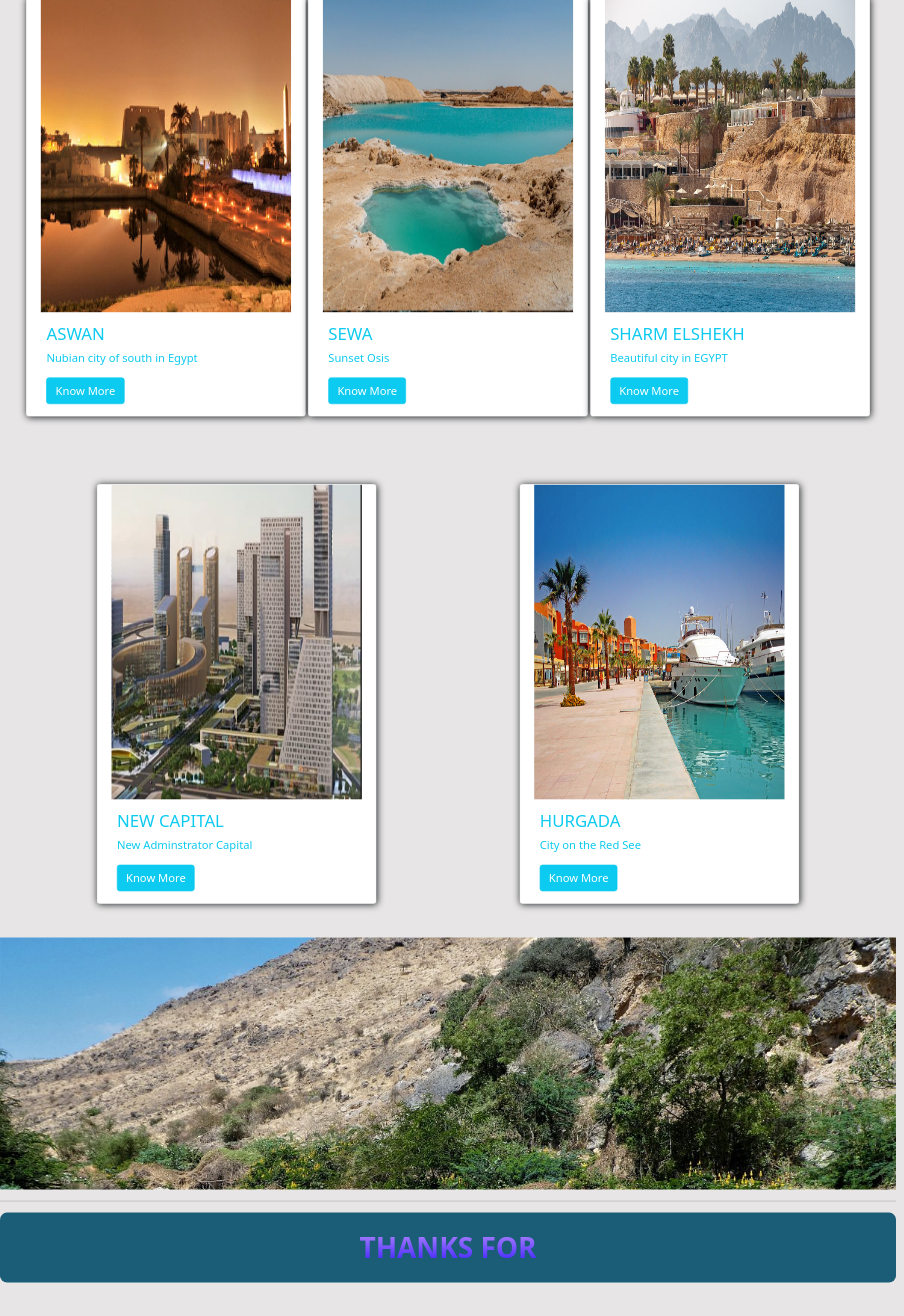
Repository: Ahmed123rezk123/P-temp
Page: index.html
The author's editor kept a copy of each file at every save. The page is drawn from the files as they stood at one save, then again after the next save.
The browser window is 1280 px wide. The page is 1292 px wide, so the pictures cover 1292 px, including what lies to the right of the window. The pictures show the part of the page from y = 4346 to 6226 px (the page is 6226 px tall before and 5866 px after), at 70% of full size.
Backgrounds fixed to the window are drawn as part of the page.

Above is the page before, as saved 2024-02-18 13:02:17.

After the next save:
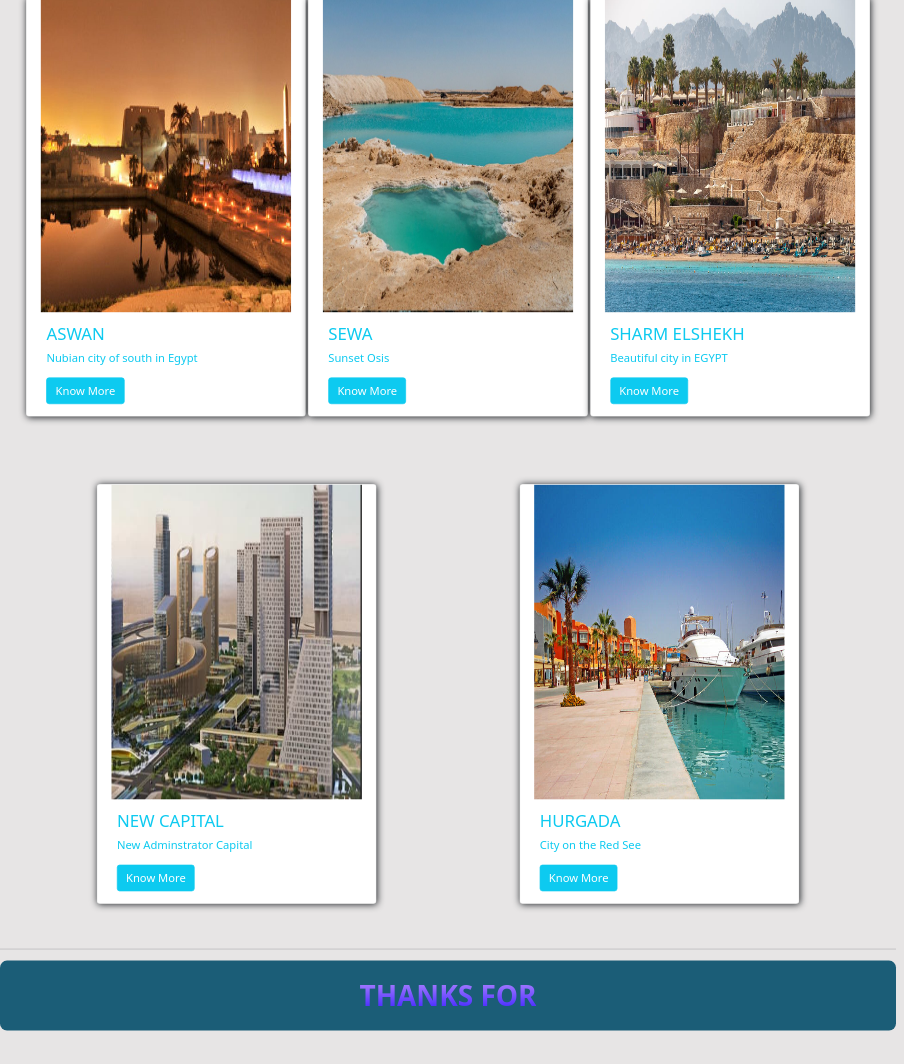
Saved 7 s later.
--- a/CSS/style.css
+++ b/CSS/style.css
@@ -299,7 +299,7 @@ background: -webkit-linear-gradient( #b387ff , rgb(57, 31, 255));
 /* Start section 13 */
   .section13 .card {
     box-shadow: 1px 1px 10px ;
-  }
+  }text
 
 /* End section 13 */
 
